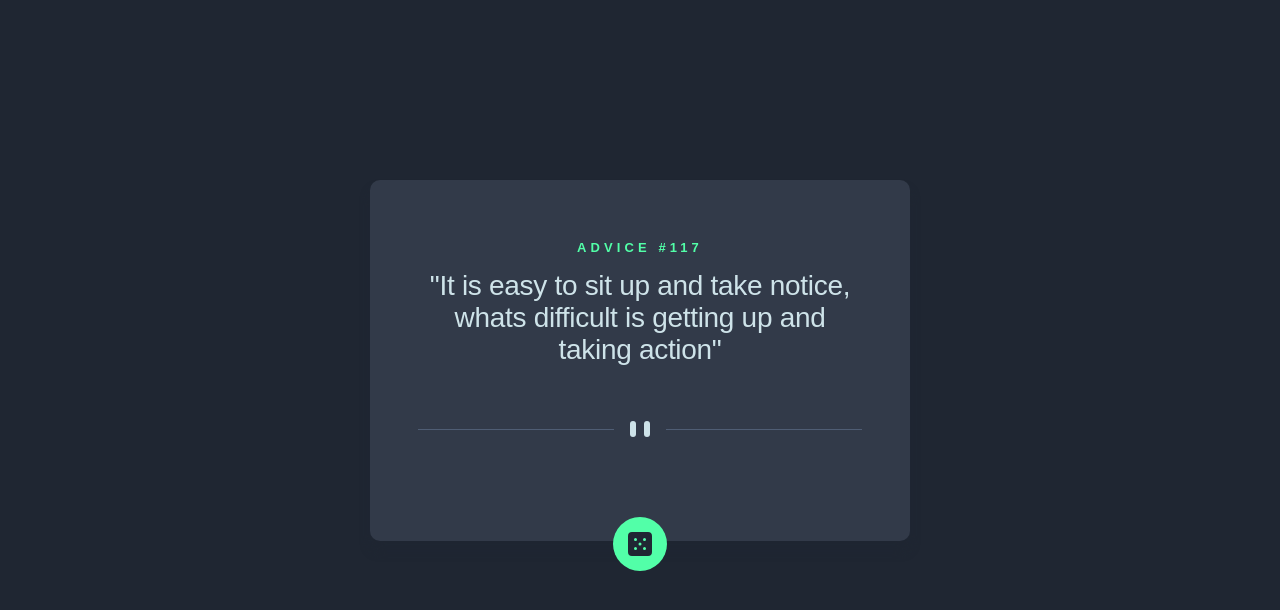
Repository: Arkitecth/advice-generator
Page: index.html
An editor plug-in stored every save of this project. The page is shown before and after the next save, followed by the edit.
The browser window is 1280 px wide. The pictures show the whole page.

Above is the page before, as saved 2023-07-12 18:18:42.

### index.html
<!DOCTYPE html>
<html lang="en">
<head>
  <meta charset="UTF-8">
  <meta name="viewport" content="width=device-width, initial-scale=1.0"> <!-- displays site properly based on user's device -->

  <link rel="icon" type="image/png" sizes="32x32" href="./images/favicon-32x32.png">
  <link rel="stylesheet" href="style.css">
  <title>Advice generator app</title>

</head>
<body>
  <div class="container">
    <p class="advice">Advice <span class="advice-num">#117</span></p>
    <p class="advice-text">"It is easy to sit up and take notice, whats difficult is getting up and taking action"</p>
    <img class="pattern-divider" src="images/pattern-divider-desktop.svg" alt="pattern-divider-desktop">
    <div>
      <img class="dice-icon" src="images/icon-dice.svg" alt="dice-icon">
    </div>

  </div>
</body>
</html>

### style.css
:root {
    --dark-blue: hsl(218, 23%, 16%);
    --dark-grayish-blue:hsl(217, 19%, 24%);
    --light-cyan:  hsl(193, 38%, 86%);
    --neon-green:hsl(150, 100%, 66%);
    --grayish-blue:hsl(217, 19%, 38%);
}
* {
    margin: 0;
    padding:0;
    box-sizing: border-box;
    font-family: 'Manrope', sans-serif;
}
@import url('https://fonts.googleapis.com/css2?family=Manrope:wght@800&display=swap');


body {
    background-color: var(--dark-blue);
    display: flex;
    height: 100vh;
    align-items: center;
}

.container {
    margin: 0 auto;
    background-color: var(--dark-grayish-blue);
    max-width: 540px;
    padding: 50px;
    border-radius: 10px;
    box-shadow: 0px 10px 10px var(--dark-blue);
    display: flex;
    flex-direction: column;
    align-items: center;
    align-content: space-around;
    justify-content: space-between;
}

.advice {
    color: var(--neon-green);
    text-transform: uppercase;
    font-weight: 800;
    letter-spacing: 4.086px;
    font-size: 0.8125rem;
    padding: 10px;
}

.advice-text {
    color: var(--light-cyan);
    text-align: center;
    font-size: 28px;
    letter-spacing: -0.3px;
    padding: 5px;
}


.pattern-divider {
    padding-top: 50px;
}

.container div {
    display: flex;
    transform: translateY(80px);
    background-color: var(--neon-green);
    border-radius: 50%;
    justify-content: center;
    padding: 15px;
    cursor: pointer;
}

.container div:hover {
    box-shadow: 0px 0px 10px var(--neon-green);
}

After the next save:
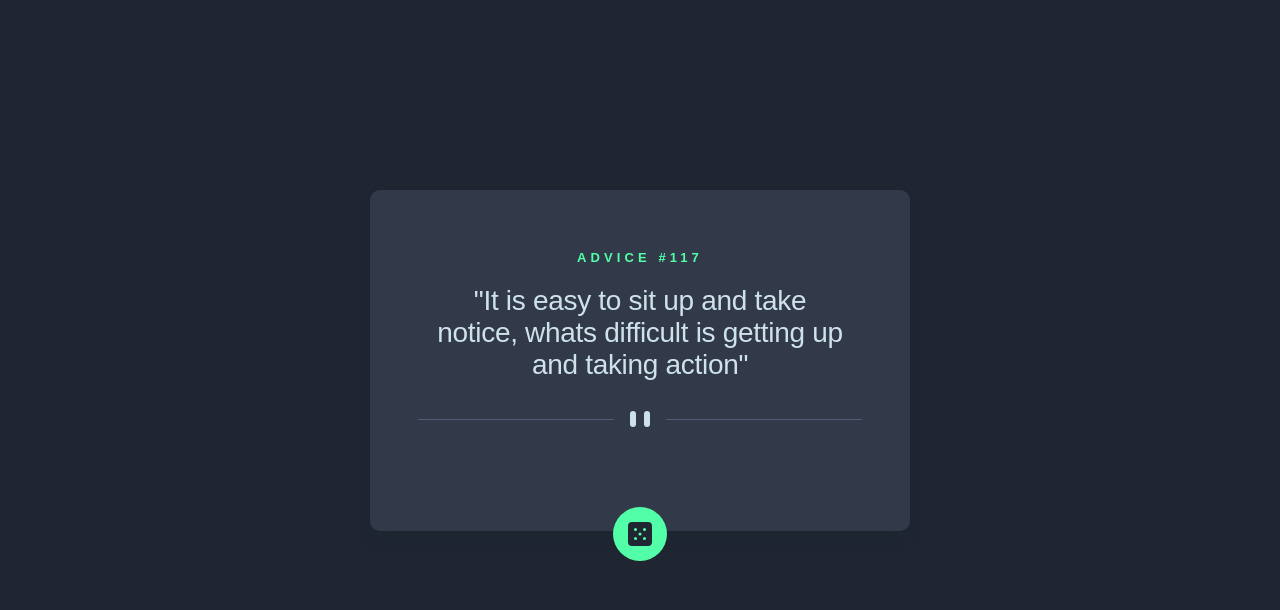
Saved 8 s later.
--- a/style.css
+++ b/style.css
@@ -49,12 +49,12 @@
     text-align: center;
     font-size: 28px;
     letter-spacing: -0.3px;
-    padding: 5px;
+    padding: 10px;
 }
 
 
 .pattern-divider {
-    padding-top: 50px;
+    padding-top: 20px;
 }
 
 .container div {
